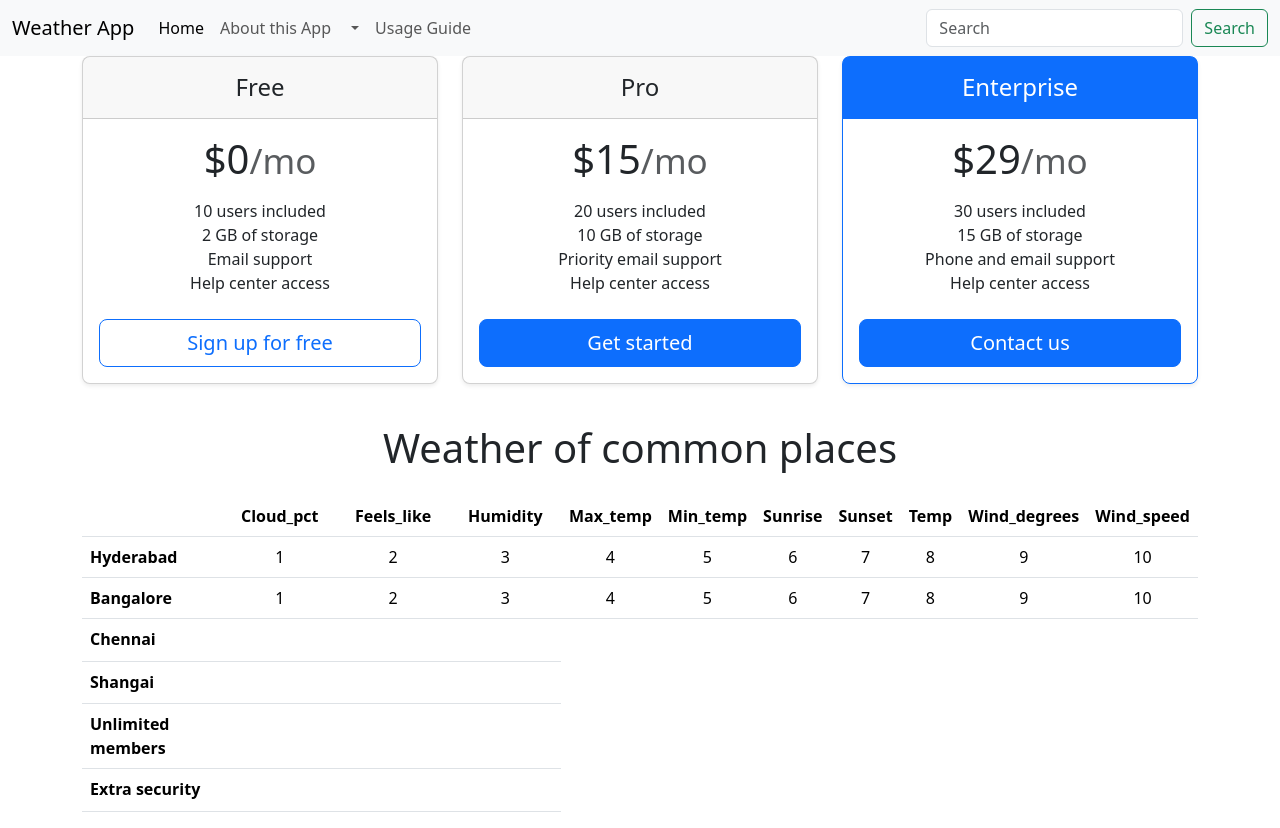
Repository: Abhilash2909/weather
Page: index.html
The author's editor kept a copy of each file at every save. The page is drawn from the files as they stood at one save, then again after the next save.
The browser window is 1280 px wide. The pictures show the whole page.
The page's requests for data from a server got no answer.

Above is the page before, as saved 2024-02-11 10:43:17.

After the next save:
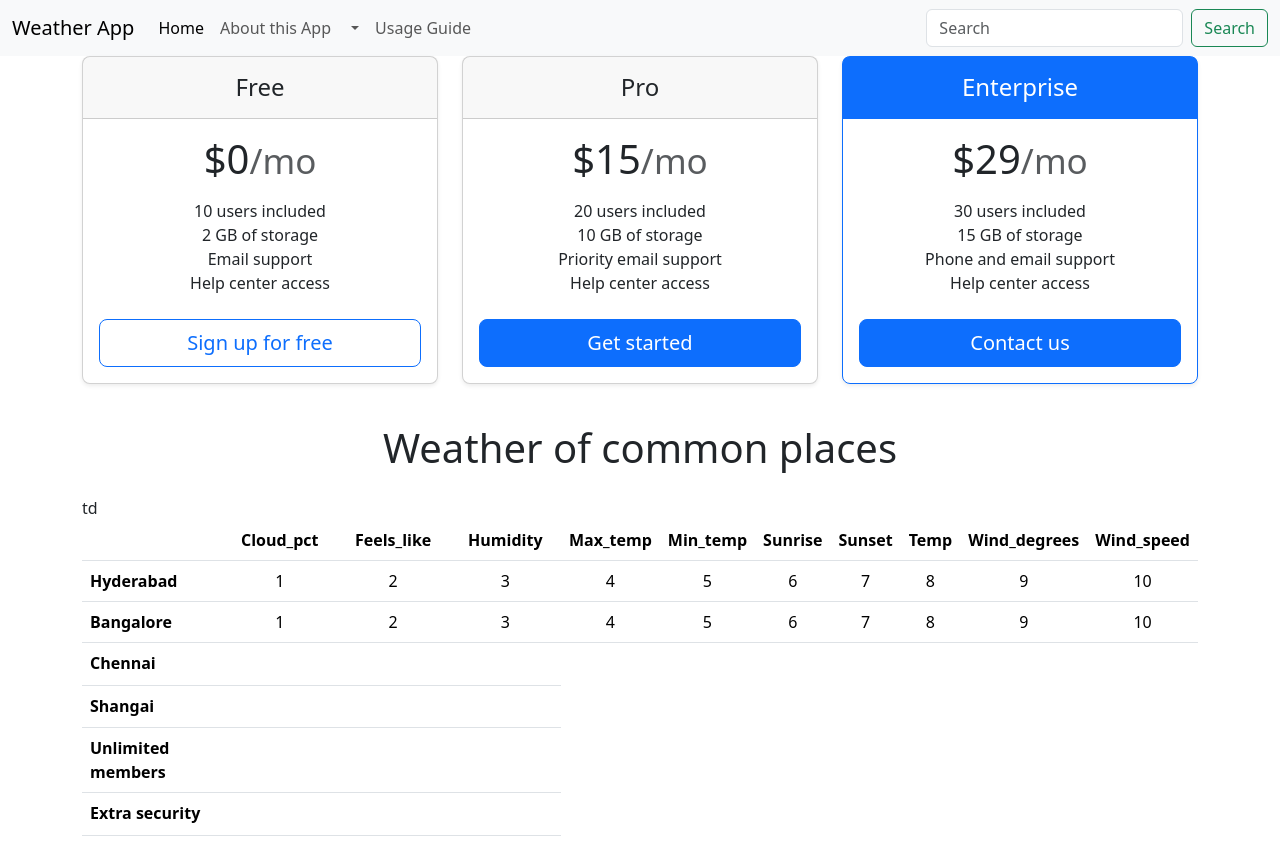
Saved 8 s later.
--- a/index.html
+++ b/index.html
@@ -129,7 +129,7 @@
                 <td>7</td>
                 <td>8</td>
                 <td>9</td>
-                <td>10</td>
+                <td>10</td>td
               </tr>
               <tr>
                 <th scope="row" class="text-start">Bangalore</th>
@@ -142,7 +142,7 @@
                 <td>7</td>
                 <td>8</td>
                 <td>9</td>
-                <td>10</
+                <td>10</td
               </tr>
             </tbody>
 
